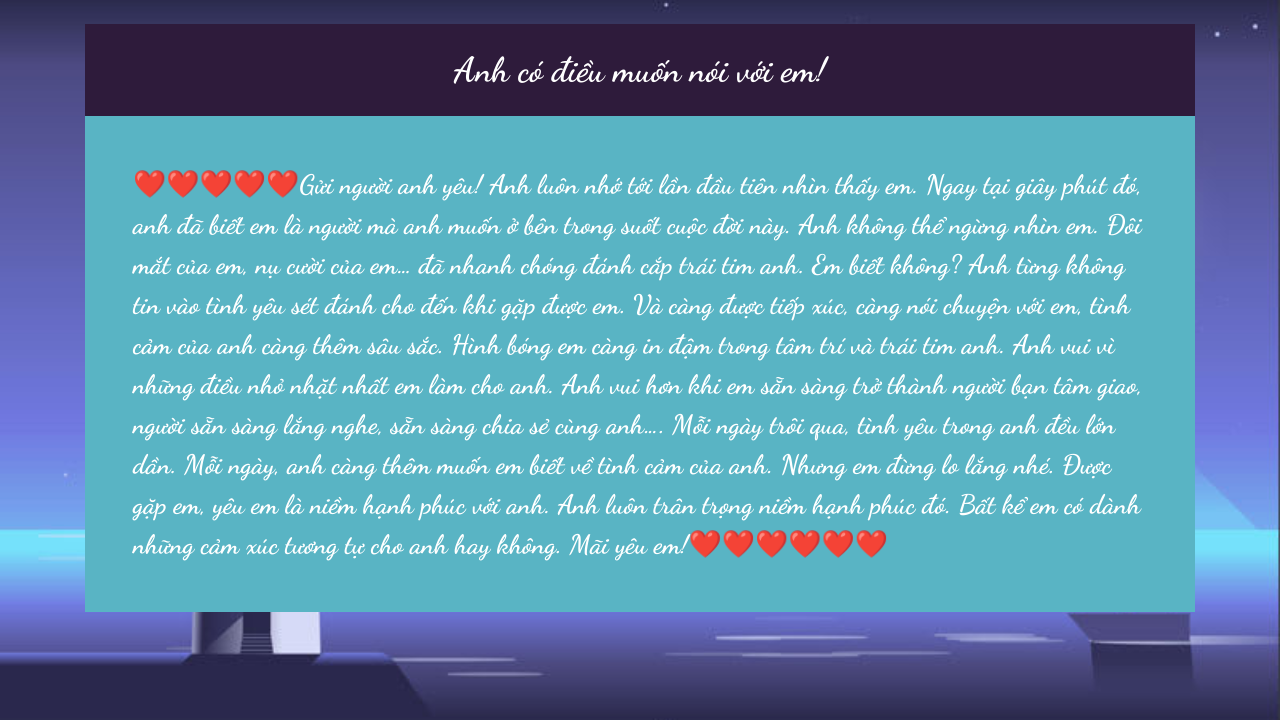
Repository: Trongcutephomaique/loiyeuthuong
Page: index2.html
An editor plug-in stored every save of this project. The page is shown before and after the next save, followed by the edit.
The browser window is 1280 px wide. The pictures show the whole page.
Some web libraries are served in a nearby version.

Above is the page before, as saved 2022-01-21 19:06:15.
Not found: javascript/scrollMonitor.js

### index2.html
<!DOCTYPE html>
<html lang="en">
<head>
	<meta charset="UTF-8">
	<!-- 1. Thay đổi tiêu đề -->
	<title>Tâm thư gửi em !</title>
	<link rel="shortcut icon" href="img/heart.png" type="image/x-icon"/>
	<meta name="viewport" content="width=device-width, initial-scale=1, shrink-to-fit=no">
	<link rel="stylesheet" href="https://maxcdn.bootstrapcdn.com/bootstrap/4.0.0/css/bootstrap.min.css" integrity="sha384-Gn5384xqQ1aoWXA+058RXPxPg6fy4IWvTNh0E263XmFcJlSAwiGgFAW/dAiS6JXm" crossorigin="anonymous">
	<link href="https://fonts.googleapis.com/css?family=Dancing+Script:700" rel="stylesheet">
	<link rel="stylesheet" href="2.css">
	<link href="https://fonts.googleapis.com/css?family=Sacramento" rel="stylesheet">
	<link href="https://fonts.googleapis.com/css?family=Roboto+Condensed" rel="stylesheet">
	<script defer src="https://use.fontawesome.com/releases/v5.0.8/js/all.js"></script>
</head>
<body>
	<div class="container mt-4 layer">
		<div class="row">
			<div class="col-12">
				<div class="thu">
					<div class="thuTitle text-center">
						<!-- 2. Đây nữa -->
						<div class="something">Anh có điều muốn nói với em!</div>
					</div>
					<div class="content">
						<div class="tamthu p-5">
							<!-- 3. Đây nữa -->
							❤️❤️❤️❤️❤️Gửi người anh yêu! Anh luôn nhớ tới lần đầu tiên nhìn thấy em. Ngay tại giây phút đó, anh đã biết em là người mà anh muốn ở bên trong suốt cuộc đời này. Anh không thể ngừng nhìn em. Đôi mắt của em, nụ cười của em… đã nhanh chóng đánh cắp trái tim anh.
							Em biết không? Anh từng không tin vào tình yêu sét đánh cho đến khi gặp được em. Và càng được tiếp xúc, càng nói chuyện với em, tình cảm của anh càng thêm sâu sắc. Hình bóng em càng in đậm trong tâm trí và trái tim anh. Anh vui vì những điều nhỏ nhặt nhất em làm cho anh. Anh vui hơn khi em sẵn sàng trở thành người bạn tâm giao, người sẵn sàng lắng nghe, sẵn sàng chia sẻ cùng anh….
							Mỗi ngày trôi qua, tình yêu trong anh đều lớn dần. Mỗi ngày, anh càng thêm muốn em biết về tình cảm của anh. Nhưng em đừng lo lắng nhé. Được gặp em, yêu em là niềm hạnh phúc với anh. Anh luôn trân trọng niềm hạnh phúc đó. Bất kể em có dành những cảm xúc tương tự cho anh hay không.

							Mãi yêu em!❤️❤️❤️❤️❤️❤️
						</div>

					</div>
				</div>
			</div>
		</div>
	</div>
	<script src="javascript/charming.js"></script>
	<script src="javascript/anime.js"></script>
	<script src="javascript/scrollMonitor.js"></script>
	<script src="javascript/myscript2.js"></script>
</body>
</html>

### javascript/charming.js
!function(e){if("object"==typeof exports&&"undefined"!=typeof module)module.exports=e();else if("function"==typeof define&&define.amd)define([],e);else{var r;r="undefined"!=typeof window?window:"undefined"!=typeof global?global:"undefined"!=typeof self?self:this,r.charming=e()}}(function(){return function e(r,n,t){function o(f,a){if(!n[f]){if(!r[f]){var u="function"==typeof require&&require;if(!a&&u)return u(f,!0);if(i)return i(f,!0);var d=new Error("Cannot find module '"+f+"'");throw d.code="MODULE_NOT_FOUND",d}var l=n[f]={exports:{}};r[f][0].call(l.exports,function(e){var n=r[f][1][e];return o(n?n:e)},l,l.exports,e,r,n,t)}return n[f].exports}for(var i="function"==typeof require&&require,f=0;f<t.length;f++)o(t[f]);return o}({1:[function(e,r,n){r.exports=function(e,r){function n(e){for(var r=e.parentNode,n=e.nodeValue,a=t?n.split(t):n,u=a.length,d=-1;++d<u;){var l=document.createElement(o);i&&(l.className=i+f,f++),l.appendChild(document.createTextNode(a[d])),l.setAttribute("aria-hidden","true"),r.insertBefore(l,e)}""!==n.trim()&&r.setAttribute("aria-label",n),r.removeChild(e)}r=r||{},e.normalize();var t=r.splitRegex,o=r.tagName||"span",i=null!=r.classPrefix?r.classPrefix:"char",f=1;!function e(r){if(r.nodeType===Node.TEXT_NODE)return n(r);var t=Array.prototype.slice.call(r.childNodes),o=t.length;if(1===o&&t[0].nodeType===Node.TEXT_NODE)return n(t[0]);for(var i=-1;++i<o;)e(t[i])}(e)}},{}]},{},[1])(1)});

### javascript/myscript2.js
var title = document.querySelector('.something');
charming(title);
title.addEventListener('mouseenter', function(){
	anime({
		targets: '.something span',
		translateY: [-3,-2],
		translateX: [-3,-2],
		delay: function(el, i) {
			return i*10;
		},
		color: ["#fff","#fff"],
		duration: 200,
	})
});

title.addEventListener('click', function(){
	anime({
		targets: '.something span',
		translateY: [-3,-2],
		translateX: [-3,-2],
		delay: function(el, i) {
			return i*10;
		},
		color: ["#fff","#fff"],
		duration: 200,
	})
});

title.addEventListener('mouseleave', function(){
	anime({
		targets: '.something span',
		translateY: [0,-2],
		translateX: [0,-2],
		delay: function(el, i) {
			return i*10;
		},
		color: ["#fff","#fff"],
		duration: 200,
		direction: 'reverse'
	})
});

var final = document.querySelector('.layer');
final.insertAdjacentHTML('beforebegin', '<div class="iloveyou"></div>');
var test = document.querySelector('.iloveyou');
test.appendChild(final);
test.insertAdjacentHTML('beforeend', '<div class="mask"></div>')
var mask = document.querySelector('.mask');
var thu = document.querySelector('.thu');
mask.style.transformOrigin = "0% 50%";
mask.style.transform = "scaleX(0)";
thu.style.opacity= "0";

window.onload = function() {
	var okdone = anime({
		delay: 300,
		targets: mask,
		scaleX: 1,
		duration: 500,
		easing: 'easeInOutQuint',
		complete: function() {
			thu.style.opacity= "1";
			mask.style.transformOrigin = "100% 50%";
			var back = anime({
				delay: 200,
				targets: mask,
				scaleX: 0,
				duration: 500,
				easing: 'easeInOutQuint'
			})
		}
	});
};

Loaded but not shown: 2.css (common file); javascript/anime.js (993 lines, source omitted)

After the next save:
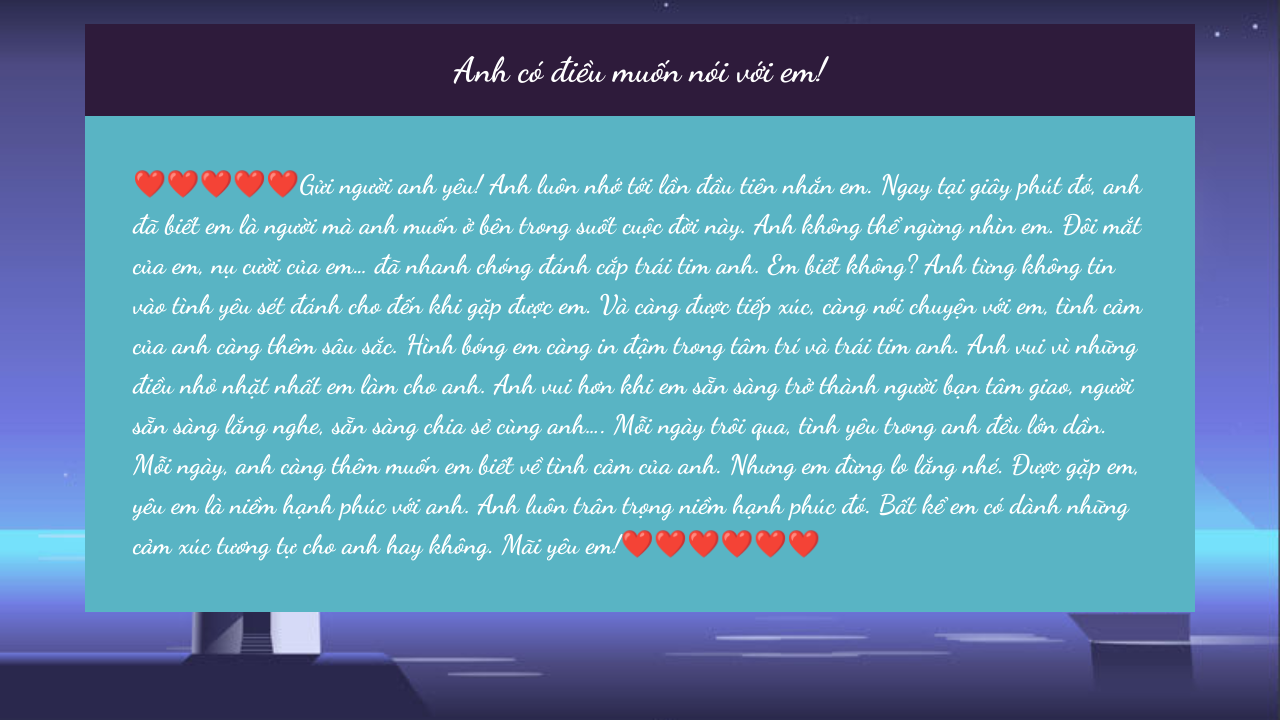
Saved 101 s later.
--- a/index2.html
+++ b/index2.html
@@ -25,7 +25,7 @@
 					<div class="content">
 						<div class="tamthu p-5">
 							<!-- 3. Đây nữa -->
-							❤️❤️❤️❤️❤️Gửi người anh yêu! Anh luôn nhớ tới lần đầu tiên nhìn thấy em. Ngay tại giây phút đó, anh đã biết em là người mà anh muốn ở bên trong suốt cuộc đời này. Anh không thể ngừng nhìn em. Đôi mắt của em, nụ cười của em… đã nhanh chóng đánh cắp trái tim anh.
+							❤️❤️❤️❤️❤️Gửi người anh yêu! Anh luôn nhớ tới lần đầu tiên nhắn em. Ngay tại giây phút đó, anh đã biết em là người mà anh muốn ở bên trong suốt cuộc đời này. Anh không thể ngừng nhìn em. Đôi mắt của em, nụ cười của em… đã nhanh chóng đánh cắp trái tim anh.
 							Em biết không? Anh từng không tin vào tình yêu sét đánh cho đến khi gặp được em. Và càng được tiếp xúc, càng nói chuyện với em, tình cảm của anh càng thêm sâu sắc. Hình bóng em càng in đậm trong tâm trí và trái tim anh. Anh vui vì những điều nhỏ nhặt nhất em làm cho anh. Anh vui hơn khi em sẵn sàng trở thành người bạn tâm giao, người sẵn sàng lắng nghe, sẵn sàng chia sẻ cùng anh….
 							Mỗi ngày trôi qua, tình yêu trong anh đều lớn dần. Mỗi ngày, anh càng thêm muốn em biết về tình cảm của anh. Nhưng em đừng lo lắng nhé. Được gặp em, yêu em là niềm hạnh phúc với anh. Anh luôn trân trọng niềm hạnh phúc đó. Bất kể em có dành những cảm xúc tương tự cho anh hay không.
 
